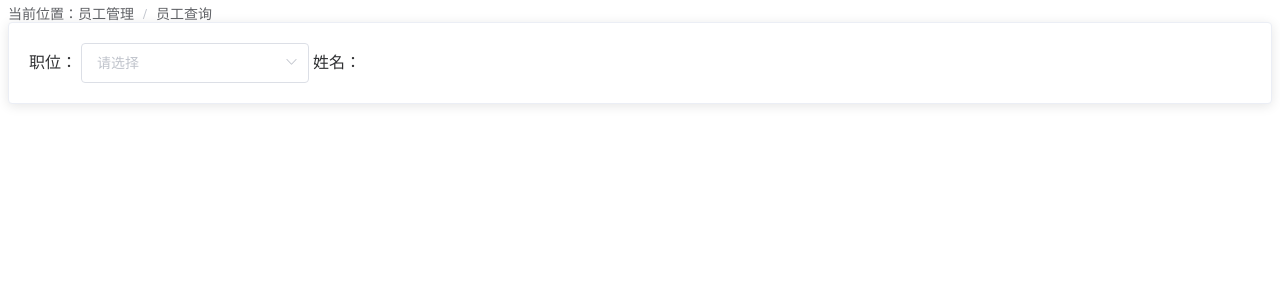
Repository: YUNjwyao/vue_hrm
Page: /#/employee
These files come from the project's save history. The page is drawn as it stood at one moment and after the next save; the edit follows.
The browser window is 1280 px wide. The pictures show the whole page.
The project was rebuilt for these pictures with package versions that can differ from the ones it lists, and the page was loaded fresh each time.

Above is the page before, as saved 2020-10-15 18:51:51.

### src/App.vue
<template>
  <div id="app">
     <!-- 路由占位符 -->
     <router-view></router-view>
  </div>
</template>

<script>

export default {

}
</script>

<style lang="less" scoped>

</style>

### src/router/index.js
import Vue from 'vue'
import VueRouter from 'vue-router'
import EmployeeQuery from '../components/Employee/EmployeeQuery.vue'

Vue.use(VueRouter)

const routes = [
 {
   path: '/employee',component: EmployeeQuery
 }
]

const router = new VueRouter({
  routes
})

export default router

### src/plugins/element.js
import Vue from 'vue'
import {
    Button,
    Breadcrumb,
    BreadcrumbItem,
    Card,
    Select,
    Option
} from 'element-ui'


Vue.use(Button)
Vue.use(Breadcrumb)
Vue.use(BreadcrumbItem)
Vue.use(Card)
Vue.use(Select)
Vue.use(Option)

### src/components/Employee/EmployeeQuery.vue
<template>
  <div class="employee">
    <!-- 面包屑导航 -->
    <el-breadcrumb separator="/">
      <el-breadcrumb-item>当前位置：员工管理</el-breadcrumb-item>
      <el-breadcrumb-item><a href="/">员工查询</a></el-breadcrumb-item>
    </el-breadcrumb>
    <!-- 查询输入框 -->
    <el-card>
		职位：
      <el-select v-model="value" placeholder="请选择">
        <el-option
          v-for="item in options"
          :key="item.value"
          :label="item.label"
          :value="item.value"
        >
        </el-option>
      </el-select>
	     姓名：
	   <el-input v-model="input"></el-input>
    </el-card>
  </div>
</template>

<script>
export default {
	data(){
		return {
			options: [{
          value: '选项1',
          label: '经理'
        }, {
          value: '选项2',
          label: '职员'
        }]
		}
	}
};
</script>

<style lang="less" scoped></style>

Loaded but not shown: public/index.html (common file); src/main.js (common file); src/store/index.js (common file)

After the next save:
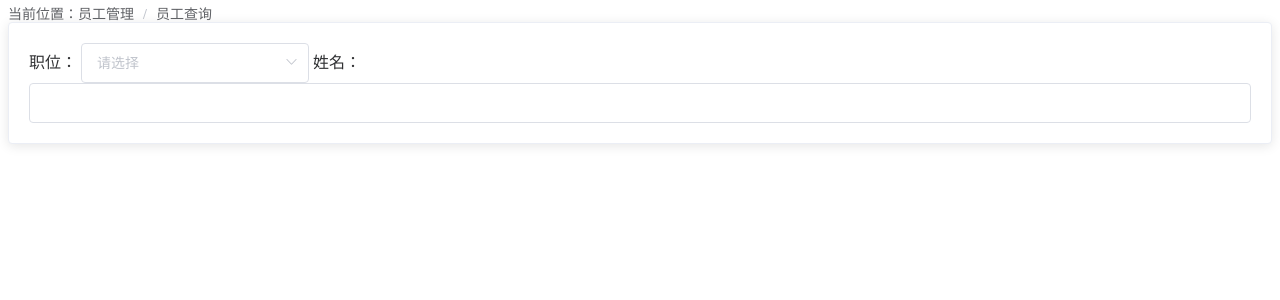
Saved 24 s later.
--- a/src/plugins/element.js
+++ b/src/plugins/element.js
@@ -5,7 +5,8 @@ import {
     BreadcrumbItem,
     Card,
     Select,
-    Option
+    Option,
+    Input
 } from 'element-ui'
 
 
@@ -15,3 +16,4 @@ Vue.use(BreadcrumbItem)
 Vue.use(Card)
 Vue.use(Select)
 Vue.use(Option)
+Vue.use(Input)

After the save that followed:
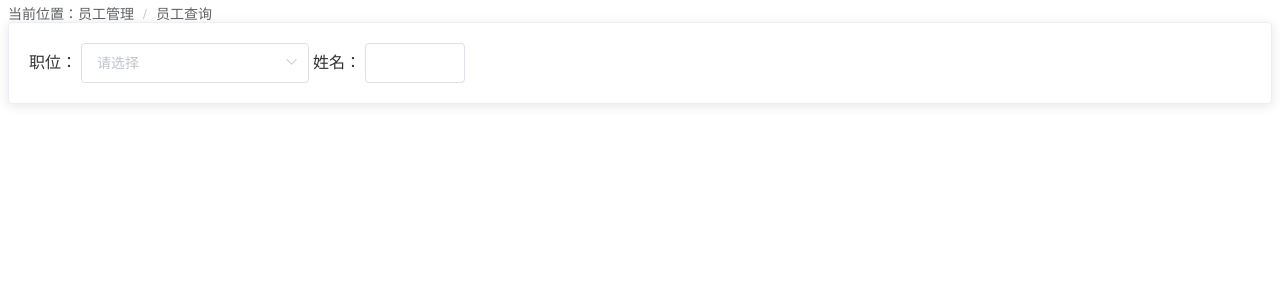
Saved 55 s later.
--- a/src/components/Employee/EmployeeQuery.vue
+++ b/src/components/Employee/EmployeeQuery.vue
@@ -39,4 +39,8 @@ export default {
 };
 </script>
 
-<style lang="less" scoped></style>
+<style lang="less" scoped>
+.el-input{
+	width: 100px;
+}
+</style>
